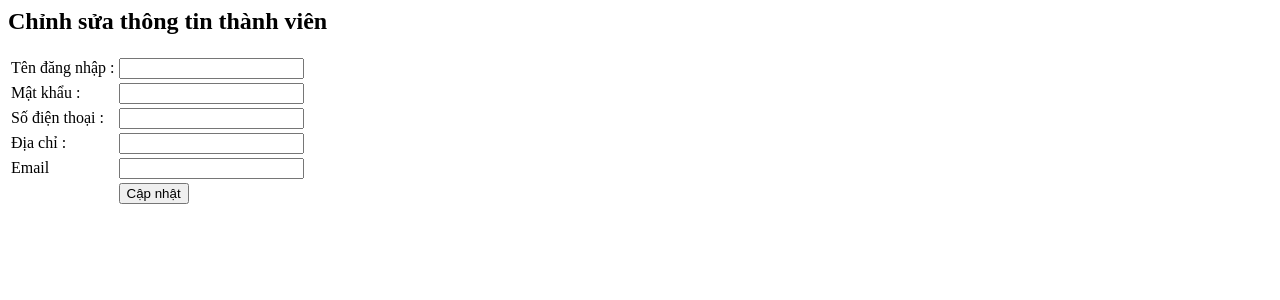
Repository: tuanpham-aptech/sportequiptment
Page: http://localhost/admin/views/members/edit.member.php
An editor plug-in stored every save of this project. The page is shown before and after the next save, followed by the edit.
The browser window is 1280 px wide. The pictures show the whole page.
The page is run by PHP 8.4 with error messages shown; the project is at /var/www/html/.

Above is the page before, as saved 2021-10-22 07:10:53.

### admin/views/members/edit.member.php
<div class="member">
                    <h2 class="member-title">Chỉnh sửa thông tin thành viên  </h2>
                    <table class="member-table--update">
                        <tbody>
                            <form class="member-form" method="post">
                                <tr class="member-table--tr">
                                    <td class="member-table--td">Tên đăng nhập :</td>
                                  <td class="member-table--td">
                                      <input type="text" name="username"value ="">
                                    </td>
                                </tr>
                                <tr class="member-table--tr">
                                    <td class="member-table--td">Mật khẩu :</td>
                                  <td class="member-table--td"><input type="password" name="password" value=""></td>
                                </tr>
                                <tr class="member-table--tr">
                                    <td class="member-table--td">Số điện thoại :</td>
                                    <td class="member-table--td"><input type="number" name="mobile" id=""></td>
                                </tr>
                                <tr class="member-table--tr">
                                    <td class="member-table--td">Địa chỉ :</td>
                                    <td class="member-table--td"><input type="text" name="address"> </td>
                                </tr>
                                <tr class="member-table--tr">
                                    <td class="member-table--td">Email</td>
                                    <td class="member-table--td"><input type="email" name="email"></td>
                                </tr>
                                <tr class="member-table--tr">
                                    <td class="member-table--td"></td>
                                    <td class="member-table--td"><input type="submit" name="update" value="Cập nhật" ></td>
                                </tr>
                            </form>
                        </tbody>
                      </table>
                </div>

After the next save:
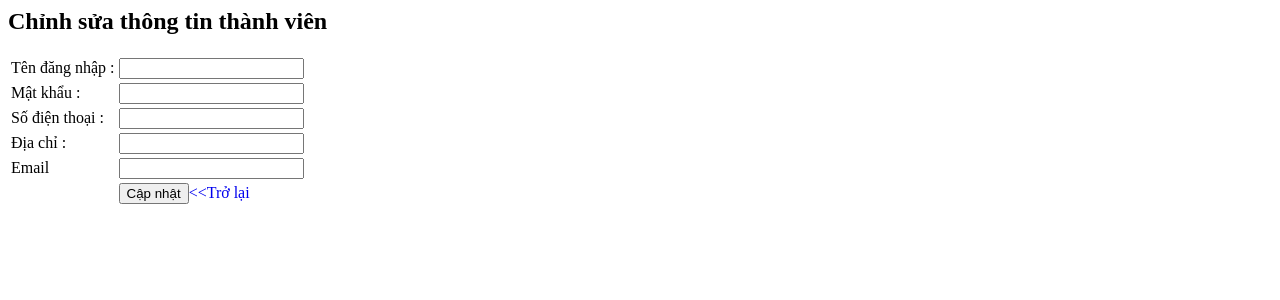
Saved 19 s later.
--- a/admin/views/members/edit.member.php
+++ b/admin/views/members/edit.member.php
@@ -27,7 +27,7 @@
                                 </tr>
                                 <tr class="member-table--tr">
                                     <td class="member-table--td"></td>
-                                    <td class="member-table--td"><input type="submit" name="update" value="Cập nhật" ></td>
+                                    <td class="member-table--td"><input type="submit" name="update" value="Cập nhật" ><a href="?option=list_products" style="text-decoration: none;">&lt;&lt;Trở lại </a></td>
                                 </tr>
                             </form>
                         </tbody>
